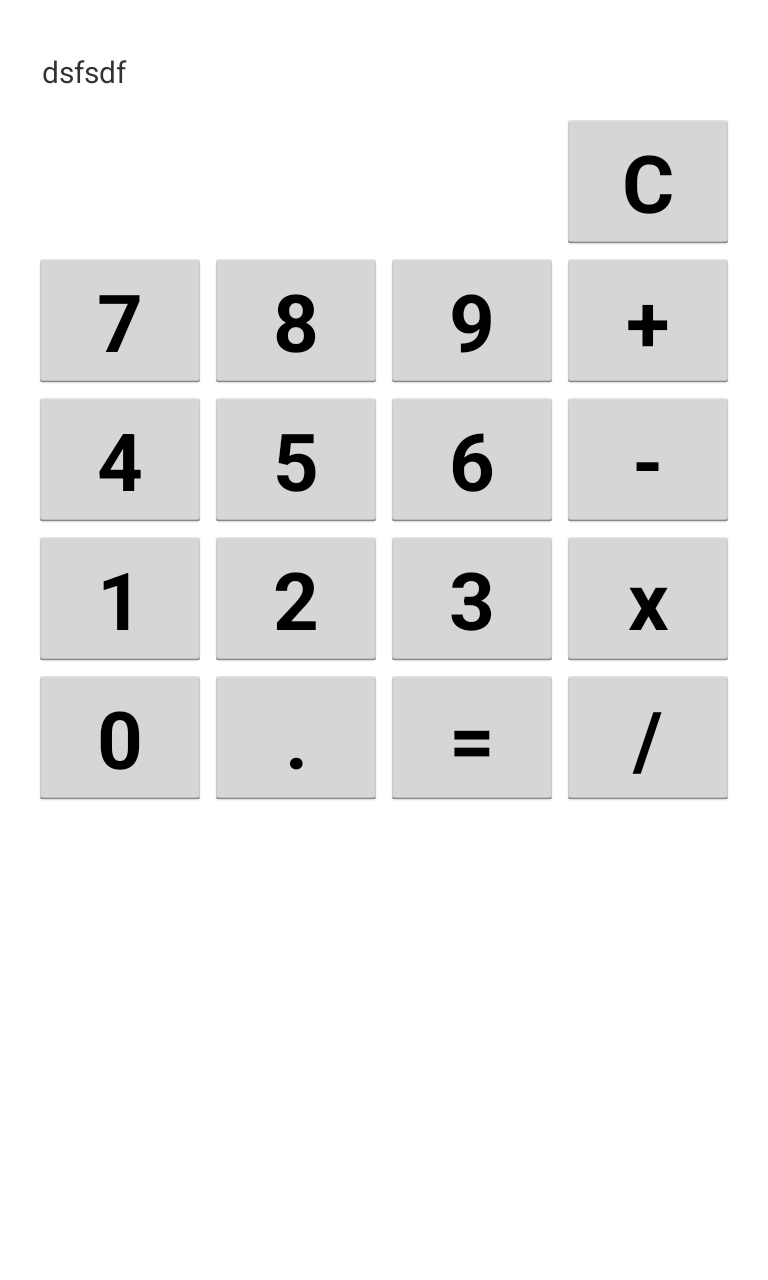
Repository: G3rcar/Android-I
Layout: SimpleCalculator/res/layout/activity_main.xml
The author's editor kept a copy of each file at every save. The layout is drawn from the files as they stood at one save, then again after the next save.
It is drawn on a 768 x 1280 px phone screen (xhdpi) without system bars, with theme AppTheme; the app's code is not run.

Above is the layout before, as saved 2013-11-08 21:43:03.

After the next save:
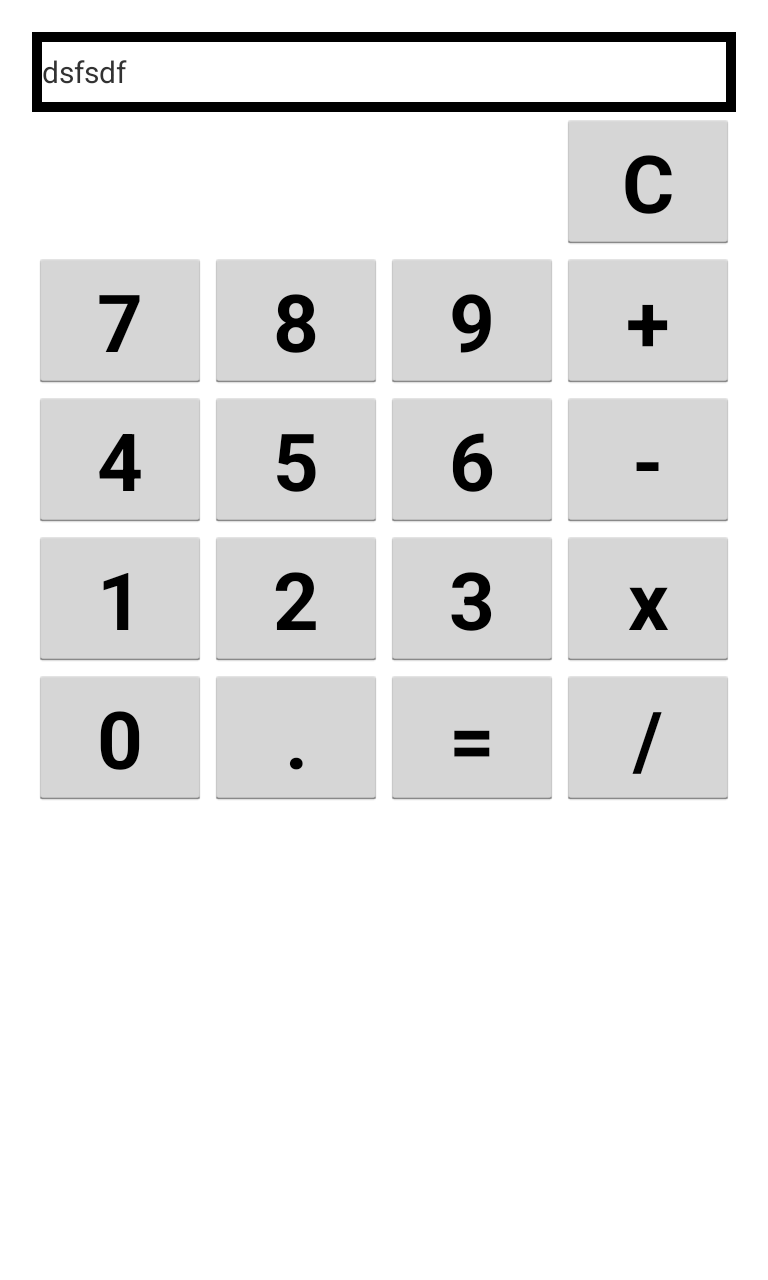
Saved 8 s later.
--- a/SimpleCalculator/res/drawable/border.xml
+++ b/SimpleCalculator/res/drawable/border.xml
@@ -1,6 +1,6 @@
 <?xml version="1.0" encoding="utf-8"?>
 <shape xmlns:android="http://schemas.android.com/apk/res/android" >
 	<solid android:color="#ffffff" />
-	<stroke android:width="5dip" android:color="#00000000"/>
+	<stroke android:width="5dip" android:color="#FF000000"/>
 
 </shape>
